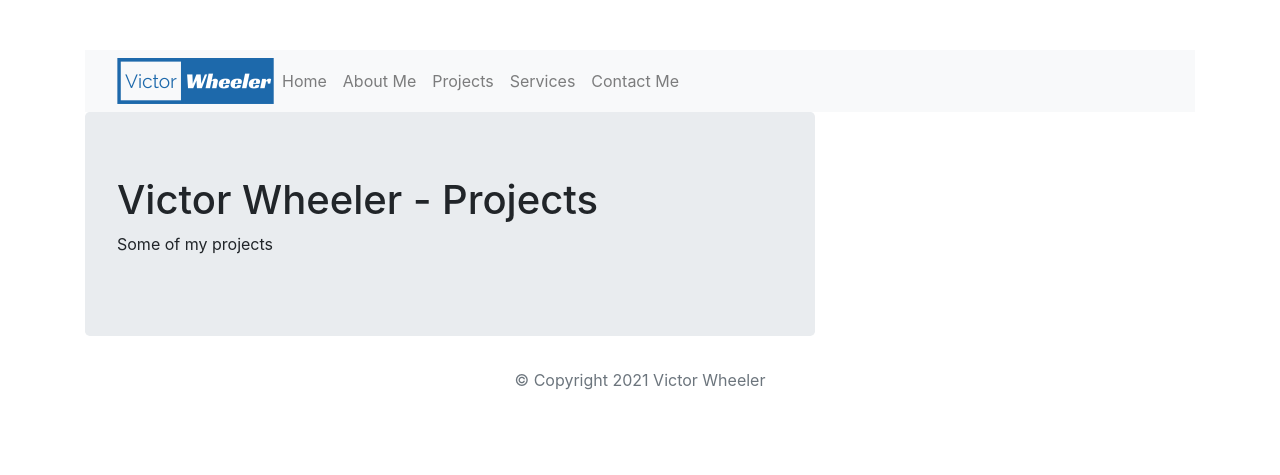
Repository: VictorWheeler/COMP_229_301167760
Page: http://localhost/projects
The author's editor kept a copy of each file at every save. The page is drawn from the files as they stood at one save, then again after the next save.
The browser window is 1280 px wide. The pictures show the whole page.
The page is served by the project's Node server (server.js).

Above is the page before, as saved 2021-09-30 10:01:52.

After the next save:
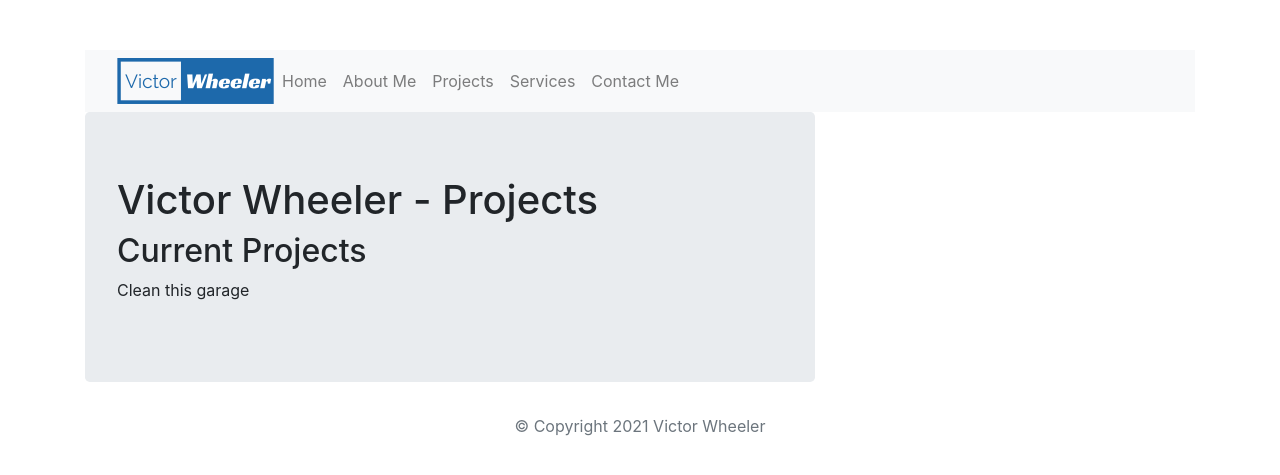
Saved 4 min 43 s later.
--- a/Express-Portfolio-Site/views/pages/projects.ejs
+++ b/Express-Portfolio-Site/views/pages/projects.ejs
@@ -14,7 +14,8 @@
   <div class="col-sm-8">
     <div class="jumbotron">
       <h1>Victor Wheeler - Projects</h1>
-      <p>Some of my projects</p>
+      <h2>Current Projects</h2>
+      <p><a img src="/images/garage_cleanup.jpg">Clean this garage</a></p>
     </div>
   </div>
 
